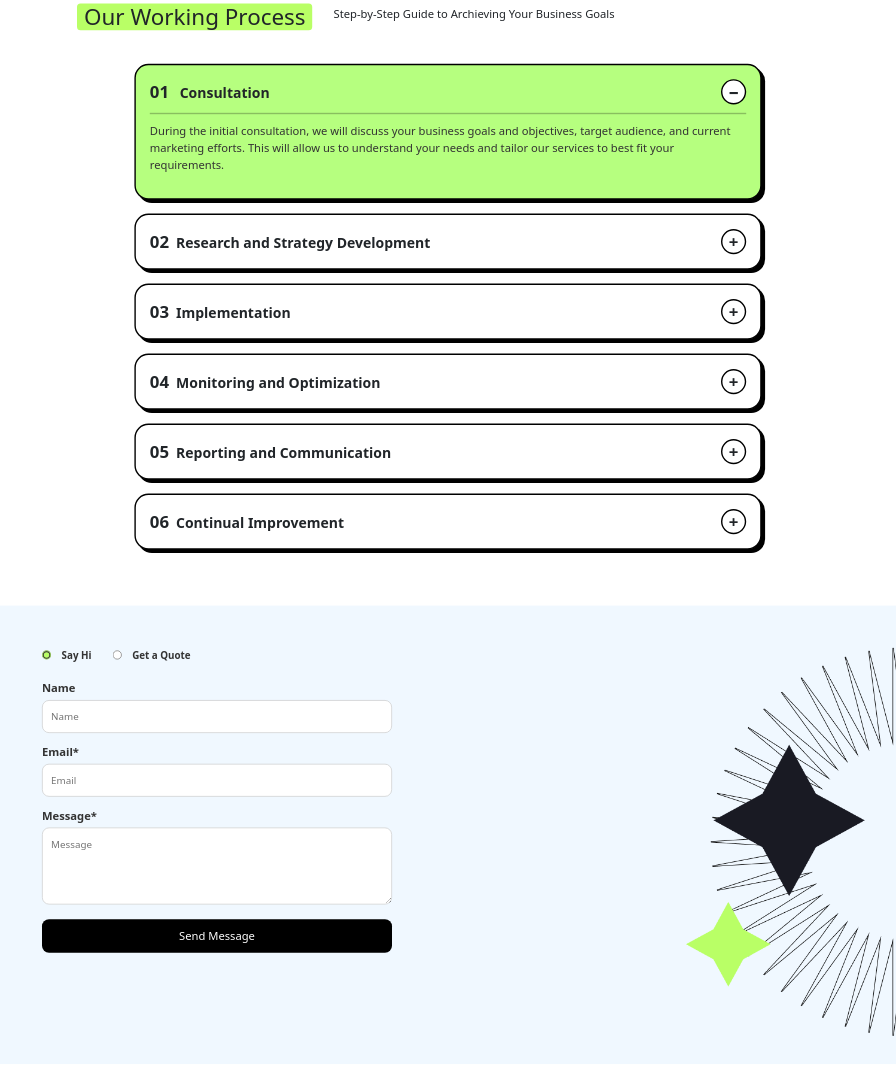
Repository: inshaabbas/CSS-Hackathon-SMIT
Page: index.html
The author's editor kept a copy of each file at every save. The page is drawn from the files as they stood at one save, then again after a run of saves.
The browser window is 1280 px wide. The pictures show the part of the page from y = 1253 to 3173 px (the page is 2803 px tall before and 3173 px after), at 70% of full size.
A picture or video elsewhere on the page could not be fetched, so the positions and the page height are approximate.

Above is the page before, as saved 2025-06-25 10:45:48.

### index.html
<!DOCTYPE html>
<html lang="en">
<head>
    <meta charset="UTF-8">
    <meta name="viewport" content="width=device-width, initial-scale=1.0">
    <title>CSS Hackathon</title>
    <!-- Bootstrap CDN -->
     <link href="https://cdn.jsdelivr.net/npm/bootstrap@5.3.7/dist/css/bootstrap.min.css" rel="stylesheet" integrity="sha384-LN+7fdVzj6u52u30Kp6M/trliBMCMKTyK833zpbD+pXdCLuTusPj697FH4R/5mcr" crossorigin="anonymous">
    <!-- Font Awesome CDN -->
     <link rel="stylesheet" href="https://cdnjs.cloudflare.com/ajax/libs/font-awesome/6.7.2/css/all.min.css" integrity="sha512-Evv84Mr4kqVGRNSgIGL/F/aIDqQb7xQ2vcrdIwxfjThSH8CSR7PBEakCr51Ck+w+/U6swU2Im1vVX0SVk9ABhg==" crossorigin="anonymous" referrerpolicy="no-referrer"/>
    <!-- External Style Sheet -->
     <link rel="stylesheet" href="./style.css">
</head>
<body>
    <!-- Header Section Starts -->
    <header class="container-xxl">
      <div class="fixed-top">
         <nav class="navbar navbar-expand-lg bg-body-tertiary">
  <div class="container-fluid">
    <a class="navbar-brand" href="#"><img src="./Assets/logo.png" alt="Logo" width="150px"></a>
    <button class="navbar-toggler" type="button" data-bs-toggle="collapse" data-bs-target="#navbarSupportedContent" aria-controls="navbarSupportedContent" aria-expanded="false" aria-label="Toggle navigation">
      <span class="navbar-toggler-icon"></span>
    </button>
    <div class="collapse navbar-collapse" id="navbarSupportedContent">
      <ul class="navbar-nav ms-auto me-3 gap-4 mb-2 mb-lg-0">
        <li class="nav-item">
          <a class="nav-link active" aria-current="page" href="#">Aboutus</a>
        </li>
        <li class="nav-item">
          <a class="nav-link active" href="#">Services</a>
        </li>
        <li class="nav-item">
          <a class="nav-link active" aria-disabled="true">User Cases</a>
        </li>
        <li class="nav-item">
          <a class="nav-link active" aria-current="page" href="#">Pricing</a>
        </li>
        <li class="nav-item">
          <a class="nav-link active" aria-current="page" href="#">Blog</a>
        </li>
      </ul>
        <button class="btn btn-outline-dark" type="submit">Request a Quote</button>
      </form>
    </div>
  </div>
</nav>
      </div>
    </header>
    <!-- Header Section Ends -->

    <!-- Hero Section Starts -->
     <section class="hero-sec container-xxl">
        <div class="hero-text">
            <h2>Navigating the digital landscape for success</h2>
            <p>Lorem ipsum dolor sit amet consectetur adipisicing elit. Nihil sapiente officia omnis rerum, vitae nesciunt ad obcaecati sint quam accusantium Lorem ipsum dolor sit amet consectetur adipisicing elit. Quaerat nobis quos soluta accusantium perspiciatis quas ducimus dicta accusamus eius, sint adipisci cum minima aliquam debitis expedita nam eos, consectetur quasi.</p>
            <button type="button" class="btn btn-dark">Book a consultation</button>
        </div>
        <div class="hero-img">
            <img src="./Assets/hero-sec-img.png" alt="Hero Section Img" width="450px" height="330px">
        </div>
     </section>
    <!-- Hero Section Ends -->

    <!-- Social Section Starts -->
     <section class="social-sec container-xxl">
       <img src="./Assets/Amazon.png" alt="Amazon">
       <img src="./Assets/Dribbble.png" alt="Dribbble">
       <img src="./Assets/Hubspot-icon-removebg-preview.png" alt="Hubspot">
       <img src="./Assets/Notion.png" alt="Notion">
       <img src="./Assets/Netflix.png" alt="Netflix" class="gray">
       <img src="./Assets/Zoom.png" alt="Zoom" class="gray">
     </section>
    <!-- Social Section Ends -->

    <!-- Service Section Starts -->
     <section class="service-sec container-xxl">
      <div class="service-head">
        <h2>Services</h2>
        <p>Lorem ipsum dolor sit amet consectetur adipisicing elit. Ad, aliquam assumenda. Perspiciatis necessitatibus ullam possimus illum consequatur dolores quasi ut.</p>
      </div>
      <div class="service-cards">
        <div class="service-card-1 hover-img">
          <div class="ser-card-1-text">
             <h3>Search engine <br> optimization</h3>
             <p><img src="./Assets/service-icon.png" alt="Service Icon" width="30px">Learn More</p>
          </div>
          <div class="ser-card-1-img">
            <img src="./Assets/Service-card-1img.png" alt="">
          </div>
        </div>
        <div class="service-card-2 hover-img">
          <div class="ser-card-2-text">
             <h3>Search engine <br> optimization</h3>
             <p><img src="./Assets/service-icon.png" alt="Service Icon" width="30px">Learn More</p>
          </div>
          <div class="ser-card-2-img">
            <img src="./Assets/Service-card-2-img.png" alt="">
          </div>
        </div>
      </div>
     </section>
    <!-- Service Section Ends -->

     <!-- Working section Starts -->
     <section class="working-section container-xxl">
      <div class="working-head">
        <h2>Our Working Process</h2>
        <p>Step-by-Step Guide to Archieving Your Business Goals</p>
      </div>
      <div class="faq-section">
  <details open>
    <summary><span><span class="number">01</span> Consultation</span> <span class="plus"></span></summary>
    <hr class="divider">
    <div class="faq-content">
      <p>During the initial consultation, we will discuss your business goals and objectives, target audience, and current marketing efforts. This will allow us to understand your needs and tailor our services to best fit your requirements.</p>
    </div>
  </details>

  <details>
    <summary><span><span class="number">02</span>Research and Strategy Development</span> <span class="plus"></span></summary>
    <hr class="divider">
    <div class="faq-content">
      We research your market and competitors to develop a custom strategy aligned with your business goals.
    </div>
  </details>

   <details>
    <summary><span><span class="number">03</span>Implementation</span> <span class="plus"></span></summary>
    <hr class="divider">
    <div class="faq-content">
      We research your market and competitors to develop a custom strategy aligned with your business goals.
    </div>
  </details>

   <details>
    <summary><span><span class="number">04</span>Monitoring and Optimization</span> <span class="plus"></span></summary>
    <hr class="divider">
    <div class="faq-content">
      We research your market and competitors to develop a custom strategy aligned with your business goals.
    </div>
  </details>

   <details>
    <summary><span><span class="number">05</span>Reporting and Communication</span> <span class="plus"></span></summary>
    <hr class="divider">
    <div class="faq-content">
      We research your market and competitors to develop a custom strategy aligned with your business goals.
    </div>
  </details>

   <details>
    <summary><span><span class="number">06</span>Continual Improvement</span> <span class="plus"></span></summary>
    <hr class="divider">
    <div class="faq-content">
      We research your market and competitors to develop a custom strategy aligned with your business goals.
    </div>
  </details>
      </div>
      </section>

    <!-- Working section Ends -->

     <!-- Contact section Starts -->
     <section class="contact-section container-xxl">
      <div class="contact-form">
        <form>
          <div class="radio-group">
            <label><input type="radio" name="purpose" checked>Say Hi</label>
            <label><input type="radio" name="purpose"> Get a Quote</label>
          </div>

          <div class="form-group">
            <label for="name">Name</label>
            <input type="text" id="name" name="name" placeholder="Name" required>
          </div>

          <div class="form-group">
            <label for="email">Email*</label>
            <input type="email" id="email" name="email" placeholder="Email" required>
          </div>

          <div class="form-group">
            <label for="message">Message*</label>
            <textarea id="message" name="message" placeholder="Message" rows="4" required></textarea>
          </div>

          <button type="submit" class="send-btn">Send Message</button>
        </form>
       </div>
      <div class="contact-image">
        <img src="./Assets/Contact-img.png" alt="Contact img" width="400px">
      </div>
     </section>

     <!-- Contact section End -->

     <!-- Footer section Starts -->

     <footer>
        <div class="top-footer">
            <div>
                <img src="./Assets/Foooter-logo.png" alt="Footer logo">
            </div>
            <div></div>
            <div></div>
        </div>
     </footer>







<script src="https://cdn.jsdelivr.net/npm/@popperjs/core@2.11.8/dist/umd/popper.min.js" integrity="sha384-I7E8VVD/ismYTF4hNIPjVp/Zjvgyol6VFvRkX/vR+Vc4jQkC+hVqc2pM8ODewa9r" crossorigin="anonymous"></script>
<script src="https://cdn.jsdelivr.net/npm/bootstrap@5.3.7/dist/js/bootstrap.min.js" integrity="sha384-7qAoOXltbVP82dhxHAUje59V5r2YsVfBafyUDxEdApLPmcdhBPg1DKg1ERo0BZlK" crossorigin="anonymous"></script>
</body>
</html>

### style.css
.hover-img{
    transition: transform 0.3s ease;
}

.hover-img:hover{
    transform: scale(1.1);
}

.hero-sec{
    display: flex;
    justify-content: space-around;
    align-items: center;
    padding: 20px;
    height: 500px;
    padding-top: 80px;
}

.hero-text{
    width: 50%;
}

.hero-text h2{
    font-size: 35px;
    font-weight: bold;
}

@media screen and (max-width: 1010px) {
    .hero-img img{
        width: 350px;
        height: 300px;
    }
    .hero-sec{
        height: auto;
    }
}

@media screen and (max-width: 800px){
    .hero-sec{
        flex-direction: column;
        gap: 50px;
    }

    .hero-text{
    width: 100%;
}

.hero-img img{
    width: 300px;
    height: 250px;
}
}

/* Hero Section End */

/* Social Section Starts */
.social-sec{
    height: auto;
    display: flex;
    justify-content: center;
    align-items: center;
    gap: 40px;
    flex-wrap: wrap;
    padding: 20px;
    margin-top: 40px;
}

.social-sec img{
    width: 120px;
}

.gray{
    filter: grayscale(100%);
}

/* Social Section Ends */


/* Service Section Starts */

.service-sec{
    height: auto;
    margin-top: 40px;
    padding: 40px 10px;
}

.service-head{
    display: flex;
    margin-left: 100px;
    gap: 30px;
}

.service-head h2{
    background-color: #b9ff66;
    padding: 0px 10px;
    border-radius: 5px;
    font-size: 40px;
}

.service-head p{
    width: 600px;
}

.service-cards{
    padding-top: 40px;
    display: flex;
    justify-content: center;
    align-items: center;
    flex-wrap: wrap;
    gap: 40px;
    padding: 20px;
}

/* Card 1  */
.service-card-1{
    display: flex;
    justify-content: space-between;
    width: 500px;
    height: 280px;
    background-color: #f3f3f3;
    border-radius: 30px;
    padding: 20px;
    border-bottom: black solid 4px;
    border-top: black solid 1px;
    border-left: black solid 1px;
    border-right: black solid 1px;
}

.service-card-1 p img{
    margin-right: 10px;
}

.service-card-1 p{
    margin-top: 100px;
}

.ser-card-1-img{
    display: flex;
    justify-content: center;
    align-items: center;
}

.ser-card-1-text h3{
    background-color: #b9ff66;
    padding: 5px 10px;
    border-radius: 5px;
}

/* Card 2 */

.service-card-2{
    display: flex;
    justify-content: space-between;
    width: 500px;
    height: 280px;
    background-color: #b9ff66;
    border-radius: 30px;
    padding: 20px;
    border-bottom: black solid 4px;
    border-top: black solid 1px;
    border-left: black solid 1px;
    border-right: black solid 1px;
}

.service-card-2 p img{
    margin-right: 10px;
}

.service-card-2 p{
    margin-top: 100px;
}

.ser-card-2-img{
    display: flex;
    justify-content: center;
    align-items: center;
}

.ser-card-2-text h3{
    background-color: #f3f3f3;
    padding: 5px 10px;
    border-radius: 5px;
}

@media screen and (max-width: 865px){
    .service-head{
        flex-direction: column;
        justify-content: center;
        align-items: center;
        text-align: center;
        margin-left: 0px;
        gap: 10px;
    }

    .service-head p{
        width: 100%;
    }
}

@media screen and (max-width: 500px){
    .service-head p{
        font-size: 13px;
    }

    .service-card-2{
        height: 230px;
    }
    .ser-card-2-img img{
        width: 180px;
    }

    .ser-card-2-text h3{
        font-size: 20px;
    }

    .ser-card-2-text p{
        font-size: 13px;
    }

    .service-card-1{
        height: 230px;
    }
    .ser-card-1-img img{
        width: 180px;
    }

    .ser-card-1-text h3{
        font-size: 20px;
    }

    .ser-card-1-text p{
        font-size: 15px;
    }
}

    @media screen and (max-width: 440px){
    .service-head p{
        font-size: 10px;
    }

    .ser-card-2-img img{
        width: 120px;
    }

    .ser-card-2-text h3{
        font-size: 14px;
    }

    .ser-card-2-text p{
        font-size: 12px;
    }

    .ser-card-1-img img{
        width: 120px;
    }

    .ser-card-1-text h3{
        font-size: 14px;
    }

    .ser-card-1-text p{
        font-size: 12px;
    }
}

/* Service Section Ends*/

/* Working Section Starts */

.working-section{
    height: auto;
    margin-top: 20px;
    padding: 40px 10px;
}

.working-head{
    display: flex;
    align-items: center;
    margin-left: 100px;
    gap: 30px;
}

.working-head h2{
    background-color: #b9ff66;
    padding: 0px 10px;
    border-radius: 5px;
}

.working-head p{
    width: 100%;
    max-width: 600px;
}

.faq-section{
    display: flex;
    flex-direction: column;
    justify-content: center;
    align-items: center;
    margin-top: 40px;
    padding: 0px 10px;
}

details {
      border: 2px solid #000;
      border-radius: 20px;
      margin-bottom: 20px;
      padding: 20px;
      box-shadow: 5px 5px 0 #000;
      background-color: #fff;
      transition: all 0.3s ease;
      width: 70vw;
    }

    details[open] {
      background-color: #b6ff7f;
    }

    summary {
      list-style: none;
      cursor: pointer;
      font-weight: bold;
      font-size: 20px;
      display: flex;
      justify-content: space-between;
      align-items: center;
    }

    summary::-webkit-details-marker {
      display: none;
    }

    .number {
      font-size: 24px;
      margin-right: 10px;
    }

    .plus::after {
      content: "+";
      font-size: 24px;
      width: 36px;
      height: 36px;
      display: inline-flex;
      align-items: center;
      justify-content: center;
      border: 2px solid #000;
      border-radius: 50%;
      background: #fff;
    }

    details[open] .plus::after {
      content: "−";
    }

    .faq-content {
      margin-top: 10px;
      font-size: 16px;
      line-height: 1.5;
      color: #333;
    }

    .divider {
      display: none;
      border: none;
      border-top: 2px solid #000;
      margin: 12px 0;
    }

    details[open] .divider {
      display: block;
    }

    details[open] .faq-content {
      display: block;
    }


@media screen and (max-width: 1084px){
    .working-head{
        flex-direction: column;
        justify-content: center;
        align-items: center;
        text-align: center;
        gap: 10px;
        margin-left: 0px;
    }
}

@media screen and (max-width: 700px){
    summary span{
        font-size: 16px;
    }

    .number{
        font-size: 16px;
    }

    .plus::after{
        font-size: 20px;
        width: 25px;
        height: 25px;
    }

    details{
        width: 90vw;
    }
}

@media screen and (max-width: 420px){
    summary span{
        font-size: 13px;
    }

    .number{
        font-size: 14px;
    }
}
/* Working Section Ends */

/* Contact Section Starts */

.contact-section{
    display: flex;
    justify-content: space-between;
    height: auto;
    background-color: aliceblue;
    margin-top: 20px;
    padding: 60px 0px 40px 20px
}

.contact-form{
    width: 100%;
    margin-left: 40px;
}

.radio-group {
  display: flex;
  gap: 30px;
  margin-bottom: 20px;
  font-size: 14px;
}

.radio-group label{
  display: flex;
  align-items: center;
  gap: 15px;
  font-size: 14px;
  color: #333;
  cursor: pointer;
  /* width: 100px; */
  white-space: nowrap
}


input[type="radio"] {
  accent-color: #b9ff66;
}

.form-group {
  margin-bottom: 15px;
}

label {
  display: block;
  margin-bottom: 5px;
  font-weight: bold;
  color: #333;
}

input,
textarea {
  width: 100%;
  max-width: 500px;
  padding: 12px;
  font-size: 14px;
  border: 1px solid #ccc;
  border-radius: 10px;
  box-sizing: border-box;
}

.send-btn{
  background-color: #000;
  color: #fff;
  border: none;
  padding: 12px;
  width: 100%;
  max-width: 500px;
  border-radius: 10px;
  font-size: 16px;
  cursor: pointer;
  transition: background-color 0.3s;
}

.send-btn:hover {
  background-color: #333;
}

.contact-image {
  flex: 1;
  text-align: right;
  min-width: 300px;
  overflow-x: hidden;
}

@media screen and (max-width: 890px){
    .contact-image img {
        display: none;
    }

    .contact-section {
        flex-direction: column;
        align-items: center;
        padding: 30px 20px;
    }

    .contact-form {
        margin-left: 0;
        width: 100%;
        display: flex;
        flex-direction: column;
        align-items: center;
    }

    .form-group,
    input,
    textarea,
    .send-btn {
        width: 100%;
        max-width: 600px;
    }
}

/* Contact Section Ends*/

footer{
    height: 400pxp;
}

After the next 4 saves:
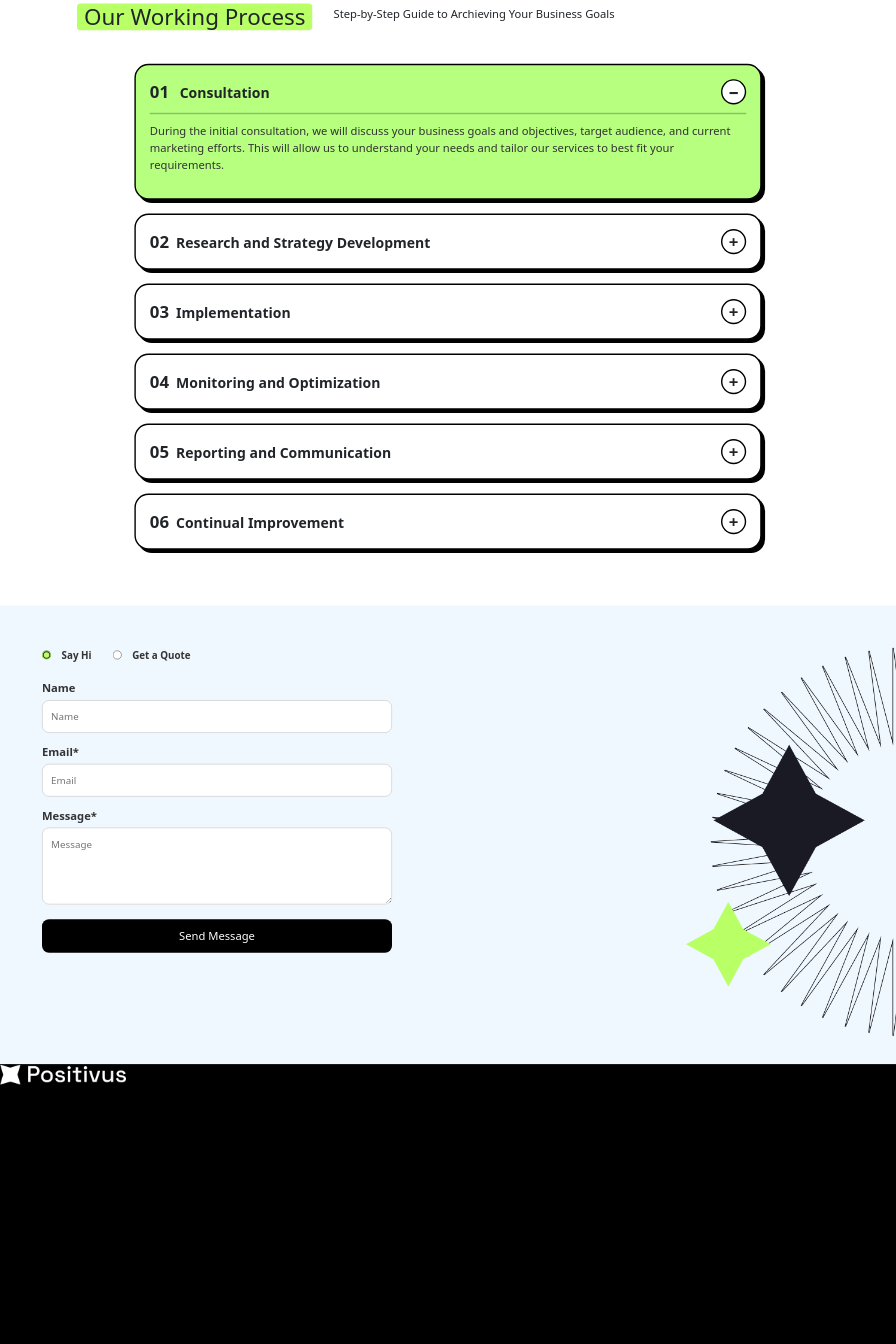
The 4 saves are shown as one change because they came seconds apart.
The last was saved 17 s later.
--- a/style.css
+++ b/style.css
@@ -531,5 +531,6 @@ textarea {
 /* Contact Section Ends*/
 
 footer{
-    height: 400pxp;
-}
+    height: 400px;
+    background-color: #000;
+}
